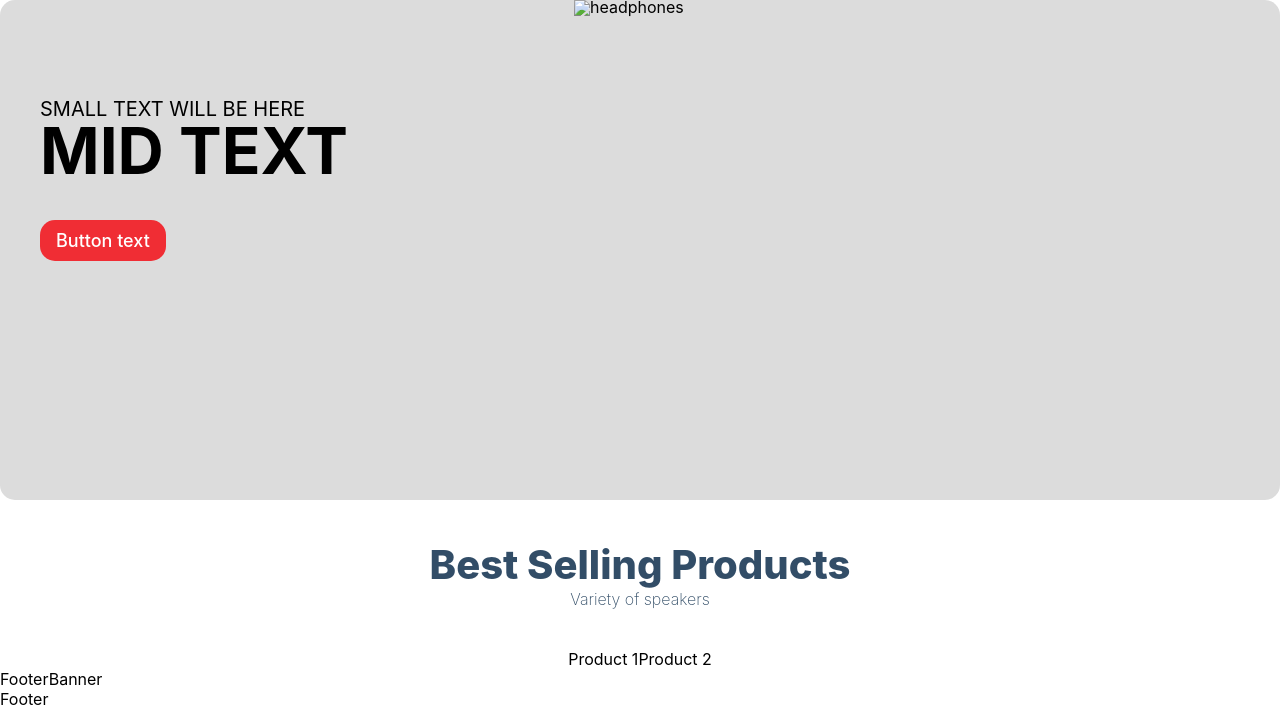
Repository: Ayush-dixit-15/AD_Headphones
Page: /
These files come from the project's save history. The page is drawn as it stood at one moment and after the next save; the edit follows.
The browser window is 1280 px wide. The pictures show the whole page.
The project was rebuilt for these pictures with package versions that can differ from the ones it lists, and the page was loaded fresh each time. The framework's server and built-in components were replaced by stand-ins that run in the browser. Also part of the build but not shown: next.config.js, components/Layout.jsx, components/Navbar.jsx, components/Product.jsx.

Above is the page before, as saved 2022-07-20 14:29:14.

### pages/index.js
import React from 'react'

import { Product, FooterBanner ,  MainBanner, Footer } from '../components';

const Home = () => {
  return (
    <>
        <MainBanner />

        <div  className='products-heading'>
          <h2>
            Best Selling Products
          </h2>
          <p>
            Variety of speakers
          </p>
        </div>

        <div className='products-container'>
          {['Product 1' , 'Product 2'].map((product)=>product)}
        </div>

       <FooterBanner/>
       <Footer/>
    </>
  )
}

export default Home;

### components/index.js
export { default as Footer } from './Footer'
export { default as Layout } from './Layout'
export { default as FooterBanner } from './FooterBanner'
export { default as Cart } from './Cart'
export { default as Navbar } from './Navbar'
export { default as Product } from './Product'
export { default as MainBanner} from './MainBanner'

### components/MainBanner.jsx
import Link from 'next/link'
import React from 'react'

const MainBanner = () => {
  return (
    <div className='hero-banner-container'>
      <div>
        <p className="beats-solo">
          SMALL TEXT WILL BE HERE
          </p>
          <h3>
            MID TEXT
          </h3>
          <img src="" alt="headphones" className='hero-banner-image'/>
          <div>
            <Link href = "/product/ID">
              <button type="button">Button text</button>
            </Link>

          </div>
      </div>
    </div>
  )
}

export default MainBanner

Loaded but not shown: pages/_app.js (common file); styles/globals.css (common file); components/Footer.jsx (common file); components/FooterBanner.jsx (common file); components/Cart.jsx (no stored copy; drawn as an empty file)

After the next save:
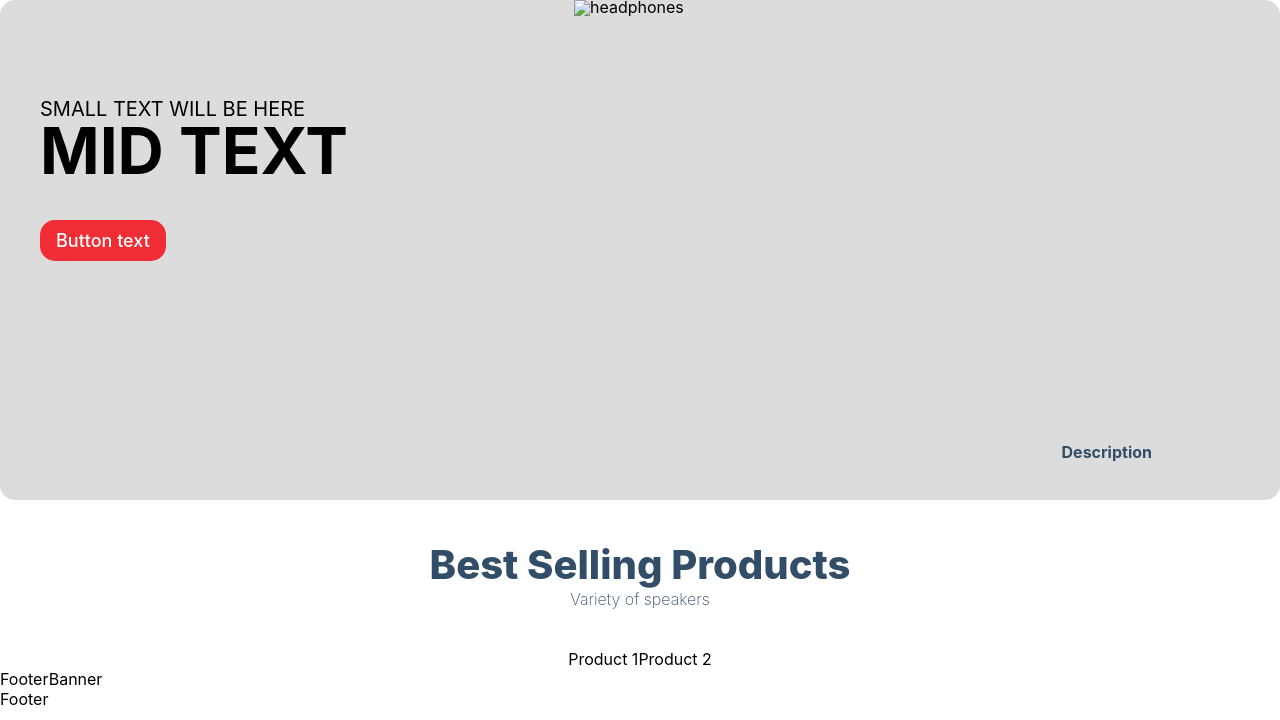
Saved 20 min 1 s later.
--- a/components/MainBanner.jsx
+++ b/components/MainBanner.jsx
@@ -16,7 +16,9 @@ const MainBanner = () => {
             <Link href = "/product/ID">
               <button type="button">Button text</button>
             </Link>
-
+            <div className="desc">
+              <h5>Description</h5>
+            </div>
           </div>
       </div>
     </div>
